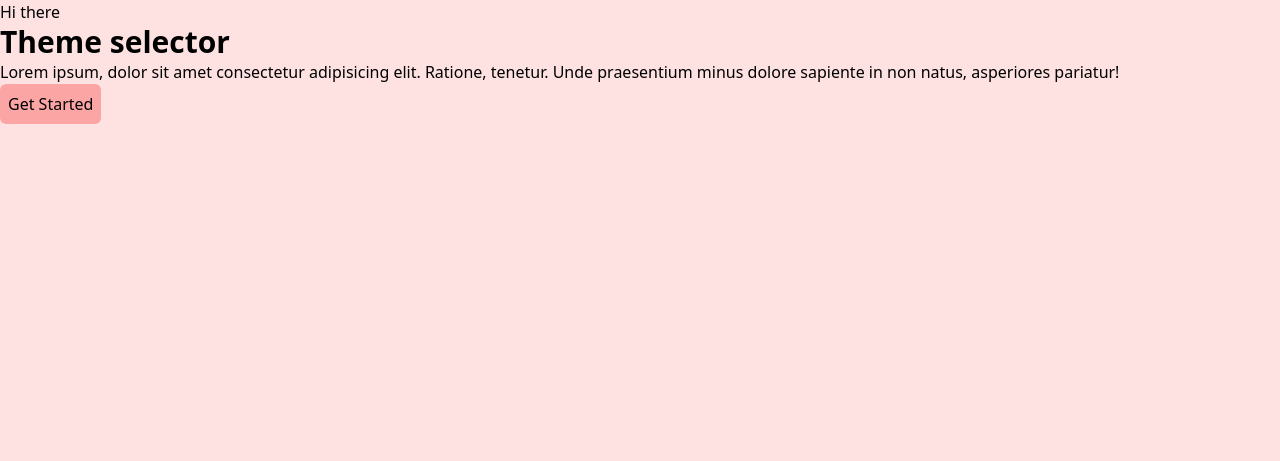
Repository: prince-bansal/tailwind-theme-switcher
Page: /
These files come from the project's save history. The page is drawn as it stood at one moment and after the next save; the edit follows.
The browser window is 1280 px wide. The pictures show the whole page.
The project was rebuilt for these pictures with package versions that can differ from the ones it lists, and the page was loaded fresh each time. Also part of the build but not shown: vite.config.ts, src/App.css.

Above is the page before, as saved 2024-03-17 19:08:16.

After the next save:
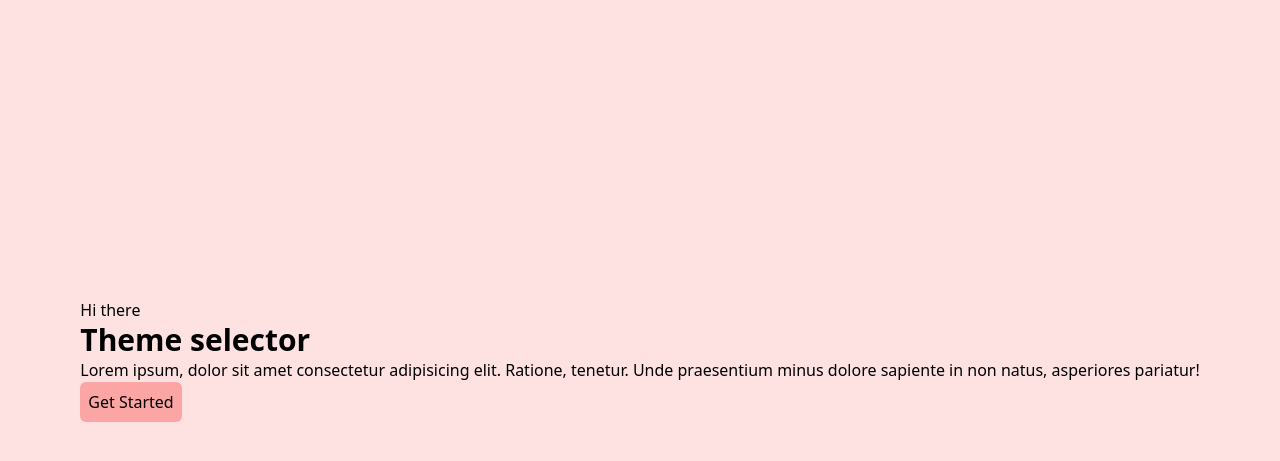
Saved 11 s later.
--- a/src/App.tsx
+++ b/src/App.tsx
@@ -3,11 +3,17 @@ import './App.css'
 function App() {
 
   return (
-    <div className='bg-red-100 min-h-screen'>
-      <p>Hi there</p>
-      <h1 className="text-3xl font-bold">Theme selector</h1>
-      <p>Lorem ipsum, dolor sit amet consectetur adipisicing elit. Ratione, tenetur. Unde praesentium minus dolore sapiente in non natus, asperiores pariatur!</p>
-      <button className='bg-red-300 p-2 rounded-md'>Get Started</button>
+    <div className="bg-red-100 min-h-screen flex items-center justify-center">
+      <div>
+        <p>Hi there</p>
+        <h1 className="text-3xl font-bold">Theme selector</h1>
+        <p>
+          Lorem ipsum, dolor sit amet consectetur adipisicing elit. Ratione,
+          tenetur. Unde praesentium minus dolore sapiente in non natus,
+          asperiores pariatur!
+        </p>
+        <button className="bg-red-300 p-2 rounded-md">Get Started</button>
+      </div>{" "}
     </div>
   );
 }
